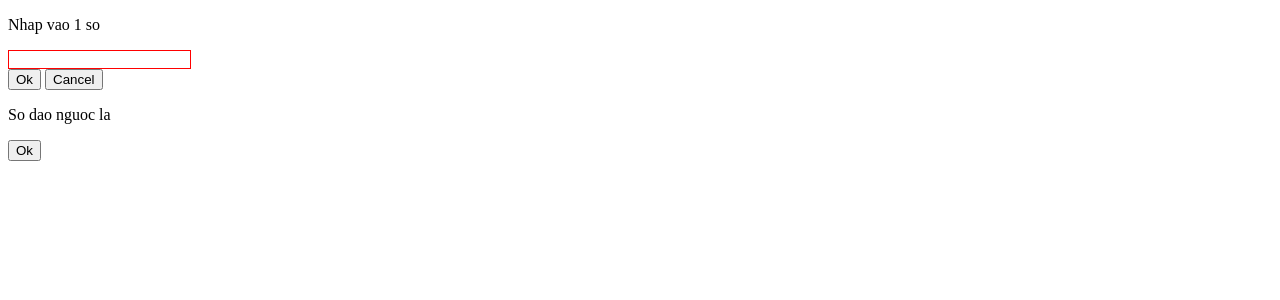
Repository: lhggiang/Sodaonguoc
Page: index.html
An editor plug-in stored every save of this project. The page is shown before and after the next save, followed by the edit.
The browser window is 1280 px wide. The pictures show the whole page.

Above is the page before, as saved 2023-05-19 06:49:16.

After the next save:
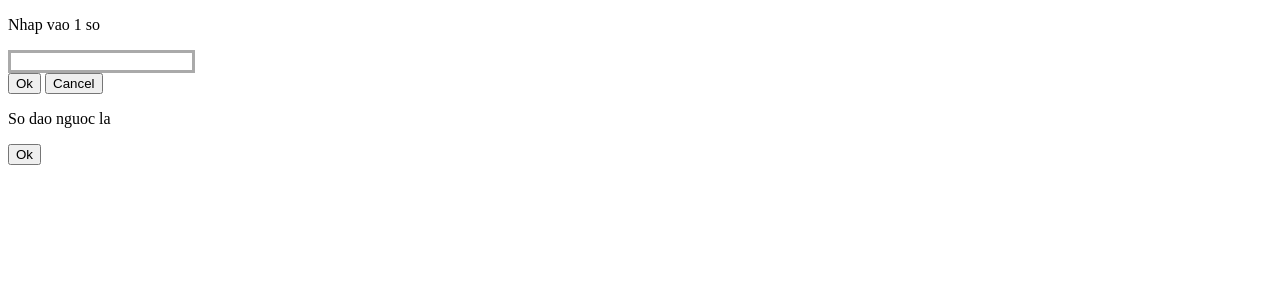
Saved 12 s later.
--- a/style.css
+++ b/style.css
@@ -1,3 +1,3 @@
 #num {
-  border: 1px solid red;
+  border: 3px solid #aaa;
 }
